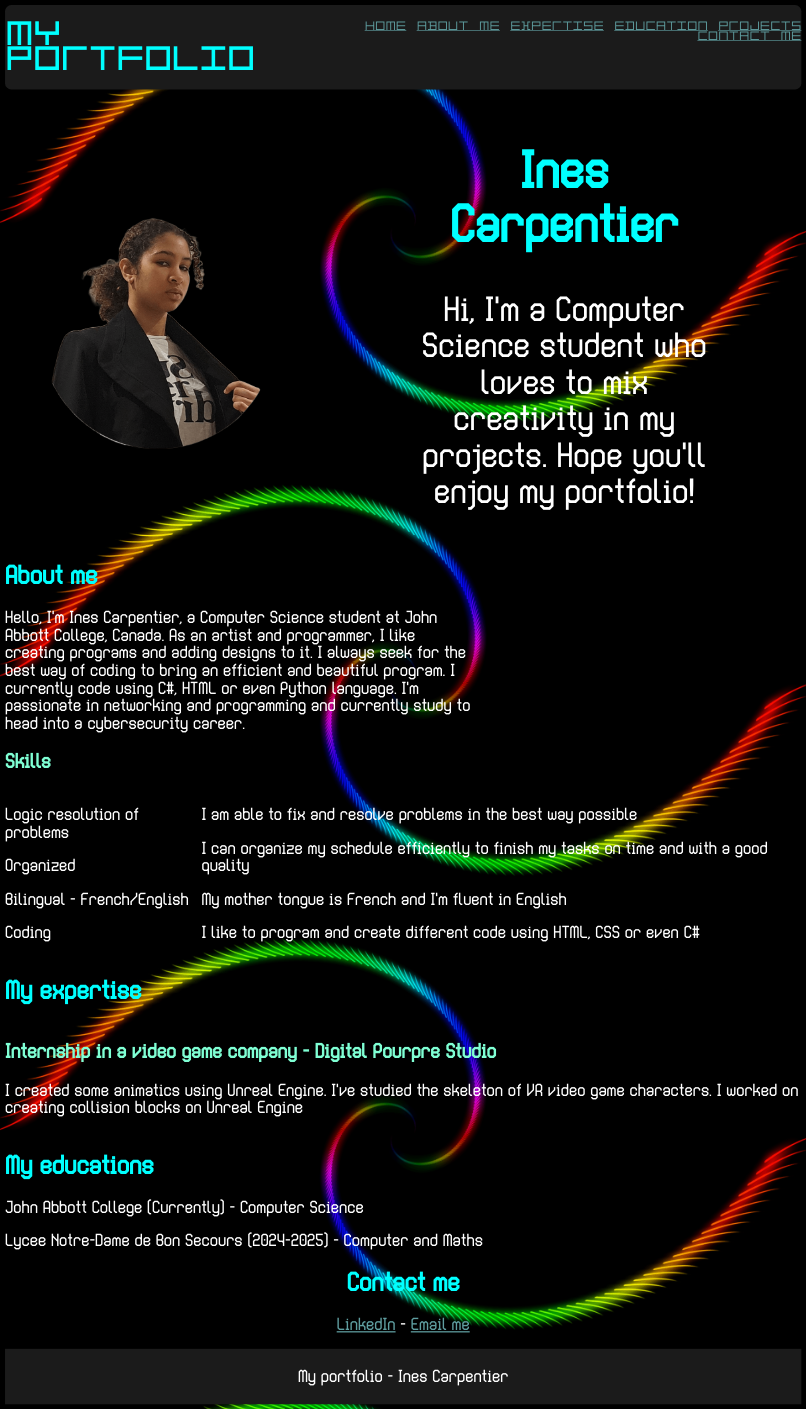
Repository: InsCarp/InsCarp
Page: index.html
The author's editor kept a copy of each file at every save. The page is drawn from the files as they stood at one save, then again after the next save.
The browser window is 1280 px wide. The pictures show the whole page, at 63% of full size.
Backgrounds fixed to the window are drawn as part of the page.

Above is the page before, as saved 2026-05-12 10:43:21.

### index.html
<!DOCTYPE html>
<html lang="en">
<head>
    <meta charset="UTF-8">
    <meta name="viewport" content="width=device-width, initial-scale=1.0">
    <link rel="icon" href="/assets/images/Logo.svg" type="image/svg" />
    <link rel="stylesheet" href="/styles/globals.css" type="text/css"/>
    <link rel="stylesheet" href="/styles/index.css" type="text/css"/>

    <title>Portfolio - Ines Carpentier</title>
</head>
<header>

     <h1 id="Title">My portfolio</h1>

        <nav>
        <a href="index.html">Home</a>
        <a href="#About">About me</a>
        <a href="#Expertise">Expertise</a>
        <a href="#Education">Education</a>
        <a href="project.html">Projects</a> <!--Put my project page here-->
        <a href="#Contact">Contact me</a>
        </nav>


</header>
<body>
    <div class="Intro">
        <article>
            <img
               src="/assets/images/me.png" id="Me" alt="My image"/>
        </article>
        <article id="intro">
            <h2>Ines Carpentier</h2>
            <p>Hi, I'm a Computer Science student who loves to mix creativity in my projects.
                Hope you'll enjoy my portfolio!</p>
        </article>
    </div>

        <h2 id="About">About me</h2>
        <div class="about">
            <p>Hello, I'm Ines Carpentier, a Computer Science student at John Abbott College, Canada. As an artist and programmer, I like creating programs and adding designs to it. I always seek for the
             best way of coding to bring an efficient and beautiful program. I currently code using C#, HTML or even Python language. I'm passionate in networking and programming and currently study to head into a cybersecurity career.
            </p>
        </div>
        <h3>Skills</h3>
        <section class="Skills">
            <article>
            <p>Logic resolution of problems</p>
            <p>Organized</p>
            <p>Bilingual - French/English</p>
            <p>Coding</p>
        </article>
        <article>
            <p>I am able to fix and resolve problems in the best way possible</p>
            <p>I can organize my schedule efficiently to finish my tasks on time and with a good quality</p>
            <p>My mother tongue is French and I'm fluent in English</p>
            <P>I like to program and create different code using HTML, CSS or even C#</P>
        </article>
        </section>


        <h2 id="Expertise">My expertise</h2>
        <section>
            <article>
            <h3>Internship in a video game company - Digital Pourpre Studio</h3>
            <p>I created some animatics using Unreal Engine. I've studied the skeleton of VR video game characters. I worked on creating collision blocks on Unreal Engine</p>
        </article>
        </section>


        <h2 id="Education">My educations</h2>
        <p>John Abbott College (Currently) - Computer Science
        </p>
        <p>Lycee Notre-Dame de Bon Secours (2024-2025) - Computer and Maths</p>

        <div class="Contact">
         <h2 id="Contact">Contact me</h2>
         <p><a href="https://www.linkedin.com/in/ines-carpentier-690b8b387/" target="blank">LinkedIn</a> - <a href="mailto:carpentierines4@gmail.com">Email me</a></p>
        </div>
</body>
<footer>
    <p>My portfolio - Ines Carpentier</p>
</footer>
</html>

### styles/globals.css
@font-face {
    font-family: Title;
    src: url(/assets/fonts/Y224-2vdae.ttf);
}
@font-face {
    font-family: Portfolio;
    src: url(/assets/fonts/Eightgon-OGn6p.ttf);
}

html{
    font-size:25px;
}

a {
    color:cadetblue;
}

a:visited{
    color:aquamarine;
}
a:hover{
    color:greenyellow;
}
a:active{
    color:yellow;
}

body{
    background-color:rgb(0, 2, 36);
    color:rgb(255, 255, 255);
    background-image: url(../assets/images/back.gif);
    background-size: cover;
    background-repeat: no-repeat;
    background-attachment: fixed;
    font-family: Portfolio;
}




h1, h2{
    color:aqua;

}

h3{
    color:aquamarine;
}


header {
    position:sticky;
    top:0;
    display: flex;
    flex-direction: row;
    font-family: Title;
    background-color:rgb(27, 27, 27);
    font-size:0.5rem;


}
nav{
    display:none;
}

footer{

    text-align: center;
    background-color:rgb(27, 27, 27);
    padding:0.2rem;


}

@media only screen and (min-width: 800px){
    header {
    justify-content: space-between;
    border-radius: 10px;
    font-size:0.8rem;

}
nav{
    text-align:right;
    display:initial;
    font-size:0.4rem;
    margin-top:10px;


}
}

@media only screen and (min-width: 1200px){
    header {
    display: flex;
    flex-direction: row;
    font-family: Title;
    justify-content: space-between;



}
nav{
    text-align:right;
    display:initial;
    font-size:0.6rem;
    margin-top:2%;



}
}

### styles/index.css
.Intro{
    margin-top: 1rem;
    display:flex;
    flex-direction: column;
    align-items: center;
}

#intro{

    text-align: center;
    font-size:2rem;

}

#Me{
    margin-top: 1rem;
    width:15rem;
}


section{
    display: flex;
    flex-direction:row;
    justify-content: space-between;
}

.Contact{
    text-align: center;
}

@media only screen and (min-width: 800px){
    .Intro{
    margin-top: 1rem;
    display:flex;
    flex-direction: row;
    justify-content: space-between;
}

#intro{

    text-align: center;
    font-size:2rem;
    width: 20rem;
    margin-right: 10%;
}




.about{
    width:30rem;
}
}

@media only screen and (min-width: 800px){
    #Me{
    margin-left:15%;
}
}

After the next save:
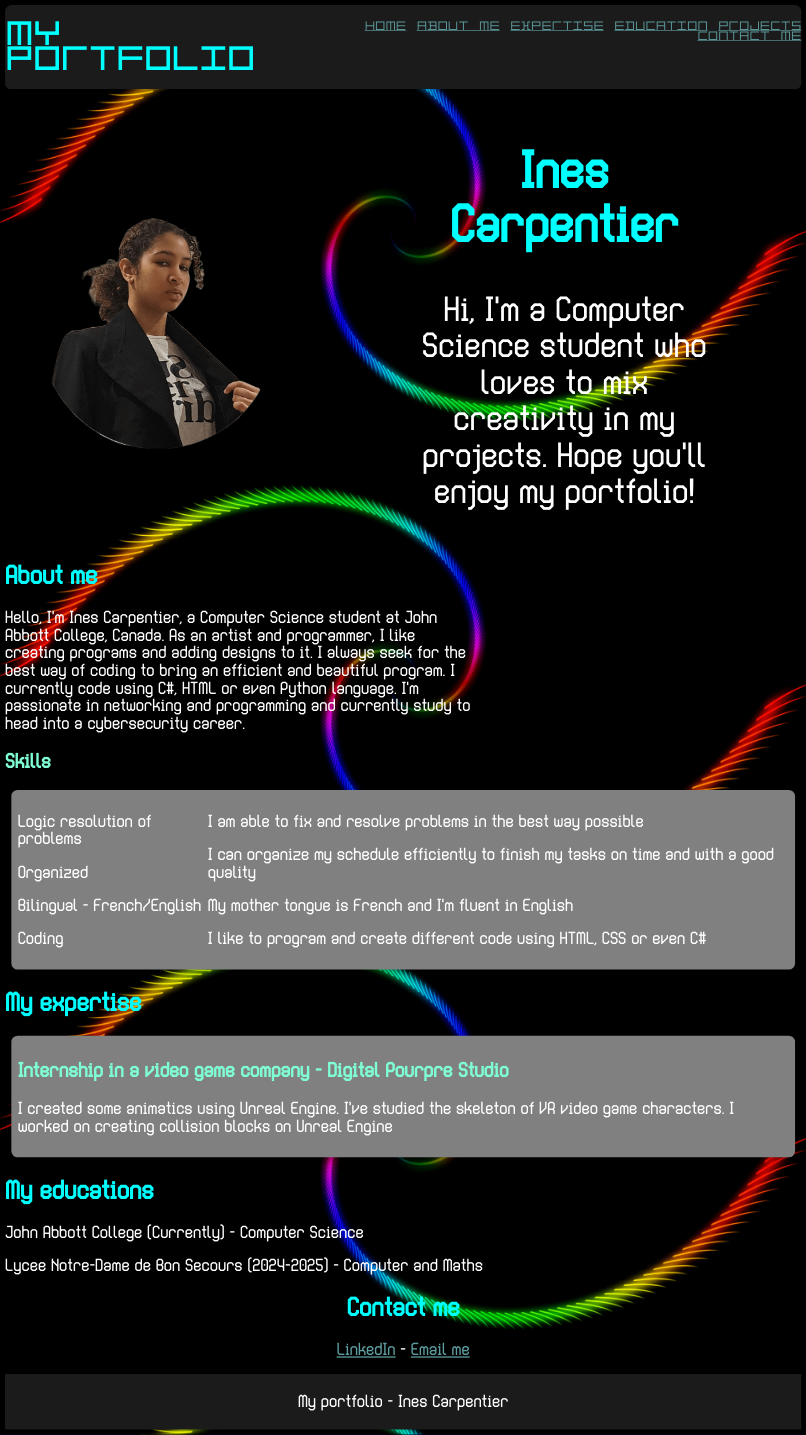
Saved 2 min 49 s later.
--- a/styles/index.css
+++ b/styles/index.css
@@ -22,6 +22,15 @@ section{
     display: flex;
     flex-direction:row;
     justify-content: space-between;
+
+    margin: 10px;
+  background-color:grey;
+  padding:10px;
+  border: 3px;
+  border-radius:10px;
+  box-shadow: 0 4px 8px 0 rgba(0,0,0,0.2);
+  opacity: 20;
+
 }
 
 .Contact{
